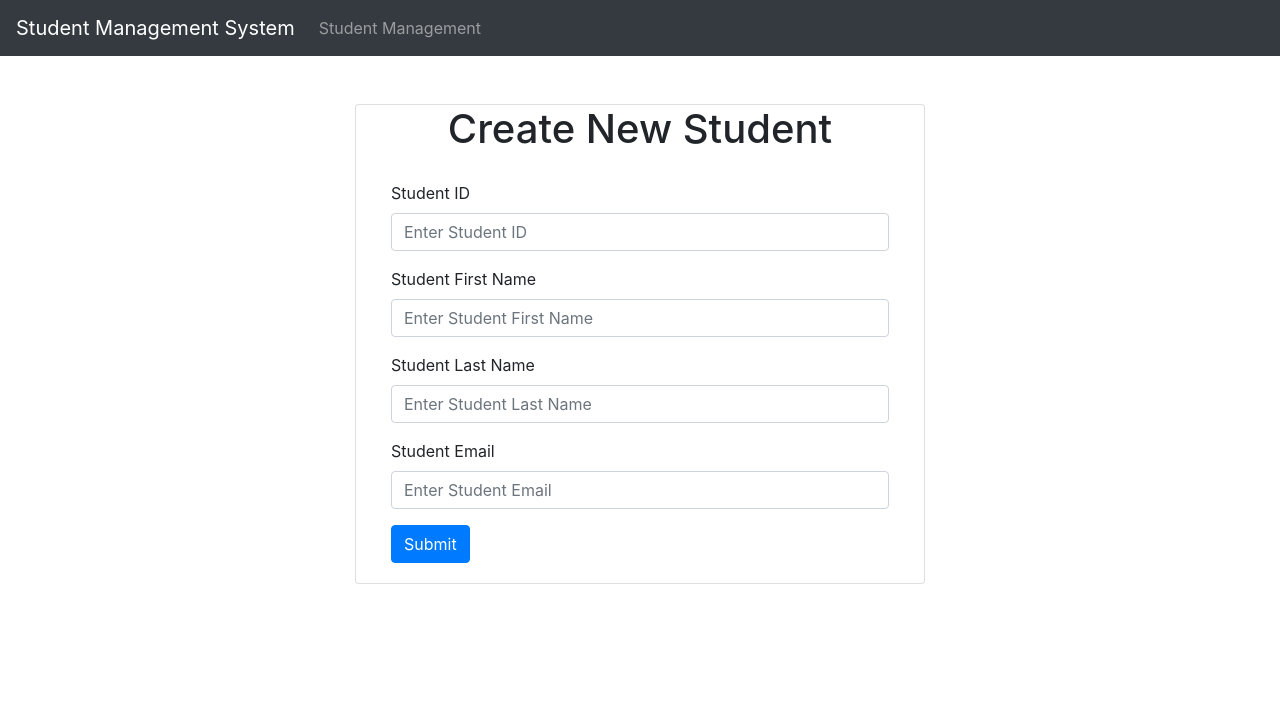
Repository: Luckysenapati/student-management-system
Page: http://localhost/create_student
An editor plug-in stored every save of this project. The page is shown before and after the next save, followed by the edit.
The browser window is 1280 px wide. The pictures show the whole page.
The page is this project's Thymeleaf template; nobody is signed in. The template is opened directly, without the code that normally fills it, so the values that code supplies are empty.

Above is the page before, as saved 2024-12-22 15:39:51.

### springboot project Gr11/student-management-system/src/main/resources/templates/create_student.html
<!DOCTYPE html>
<html xmlns:th="http://www.thymeleaf.org">
<head>
<meta charset="ISO-8859-1">
<title>Student Management System</title>
<link rel="stylesheet"
	href="https://maxcdn.bootstrapcdn.com/bootstrap/4.0.0/css/bootstrap.min.css"
	integrity="sha384-Gn5384xqQ1aoWXA+058RXPxPg6fy4IWvTNh0E263XmFcJlSAwiGgFAW/dAiS6JXm"
	crossorigin="anonymous">
	<style>

	</style>
</head>
<body>

<nav class="navbar navbar-expand-md bg-dark navbar-dark">
  <!-- Brand -->
  <a class="navbar-brand" href="#">Student Management System</a>

  <!-- Toggler/collapsibe Button -->
  <button class="navbar-toggler" type="button" data-toggle="collapse" data-target="#collapsibleNavbar">
    <span class="navbar-toggler-icon"></span>
  </button>

  <!-- Navbar links -->
  <div class="collapse navbar-collapse" id="collapsibleNavbar">
    <ul class="navbar-nav">
      <li class="nav-item">
        <a class="nav-link" th:href="@{/students}">Student Management</a>
      </li>
    </ul>
  </div>
</nav>
<br>
<br>
	<div class = "container">
		<div class = "row">
			<div class ="col-lg-6 col-md-6 col-sm-6 container justify-content-center card">
				<h1 class = "text-center"> Create New Student </h1>
				<div class = "card-body">
					<form th:action="@{/students}" th:object = "${student}" method="POST">
						<div class ="form-group">
							<label> Student ID </label>
							<input
							type = "text"
							name = "Id"
							th:field = "*{id}"
						    class = "form-control"
							placeholder="Enter Student ID"
						    />
						</div>

						<div class ="form-group">
							<label> Student First Name </label>
							<input
							type = "text"
							name = "firstName"
							th:field = "*{firstName}"
							class = "form-control"
							placeholder="Enter Student First Name"
							/>
						</div>

						<div class ="form-group">
							<label> Student Last Name </label>
							<input
							type = "text"
							name = "lastName"
							th:field = "*{lastName}"
							class = "form-control"
							placeholder="Enter Student Last Name"
							/>
						</div>

						<div class ="form-group">
							<label> Student Email </label>
							<input
							type = "text"
							name = "email"
							th:field = "*{email}"
							class = "form-control"
							placeholder="Enter Student Email"
							/>
						</div>

						<div class = "box-footer">
							<button type="submit" class = "btn btn-primary">
								Submit
							</button>
						</div>
					</form>

				</div>
			</div>
		</div>
</div>
</body>
</html>

After the next save:
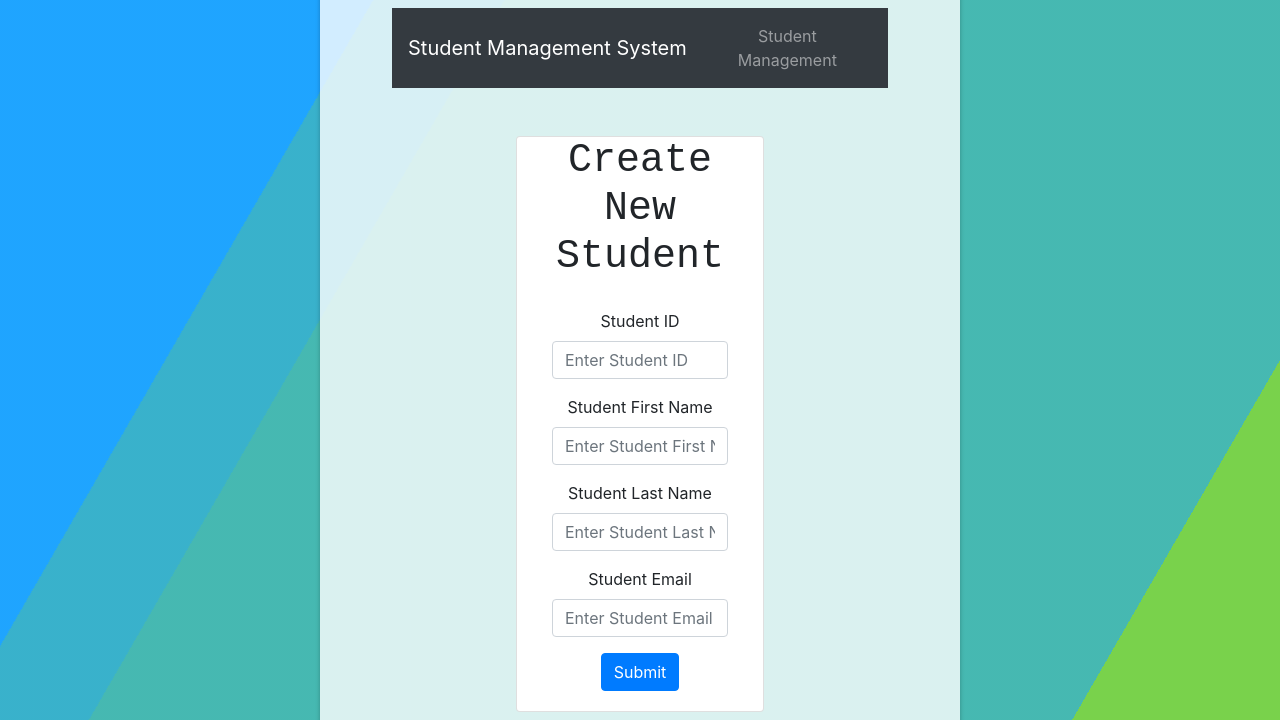
Saved 82 s later.
--- a/springboot project Gr11/student-management-system/src/main/resources/templates/create_student.html
+++ b/springboot project Gr11/student-management-system/src/main/resources/templates/create_student.html
@@ -8,10 +8,69 @@
 	integrity="sha384-Gn5384xqQ1aoWXA+058RXPxPg6fy4IWvTNh0E263XmFcJlSAwiGgFAW/dAiS6JXm"
 	crossorigin="anonymous">
 	<style>
+		html {
+		  height:100%;
+		}
 
+		body {
+		  margin:0;
+		}
+
+		.bg {
+		  animation:slide 3s ease-in-out infinite alternate;
+		  background-image: linear-gradient(-60deg, #6c3 50%, #09f 50%);
+		  bottom:0;
+		  left:-50%;
+		  opacity:.5;
+		  position:fixed;
+		  right:-50%;
+		  top:0;
+		  z-index:-1;
+		}
+
+		.bg2 {
+		  animation-direction:alternate-reverse;
+		  animation-duration:4s;
+		}
+
+		.bg3 {
+		  animation-duration:5s;
+		}
+
+		.content {
+		  background-color:rgba(255,255,255,.8);
+		  border-radius:.25em;
+		  box-shadow:0 0 .25em rgba(0,0,0,.25);
+		  box-sizing:border-box;
+		  left:50%;
+		  padding:10vmin;
+		  position:fixed;
+		  text-align:center;
+		  top:50%;
+		  transform:translate(-50%, -50%);
+		}
+
+		h1 {
+		  font-family:monospace;
+		}
+
+		@keyframes slide {
+		  0% {
+		    transform:translateX(-25%);
+		  }
+		  100% {
+		    transform:translateX(25%);
+		  }
+		}
 	</style>
 </head>
 <body>
+
+	<div class="bg"></div>
+	<div class="bg bg2"></div>
+	<div class="bg bg3"></div>
+	<div class="content">
+
 
 <nav class="navbar navbar-expand-md bg-dark navbar-dark">
   <!-- Brand -->
@@ -93,6 +152,7 @@
 				</div>
 			</div>
 		</div>
+	</div>
 </div>
 </body>
 </html>
